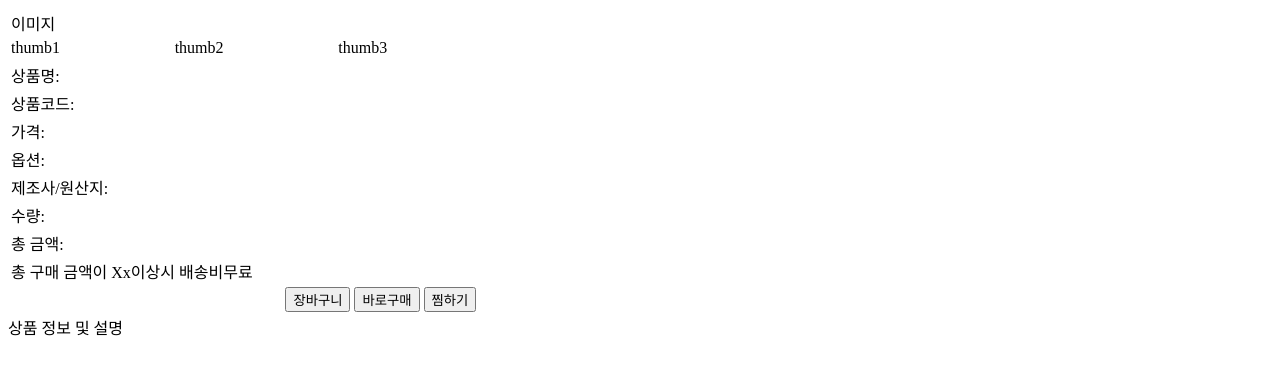
Repository: heeya90/ProjectShoppingMall
Page: http://localhost/ProjectShoppingMall/goods/goods_view.jsp
These files come from the project's save history. The page is drawn as it stood at one moment and after the next save; the edit follows.
The browser window is 1280 px wide. The pictures show the whole page.
The page is served by Tomcat 9.

Above is the page before, as saved 2012-07-30 08:14:20.

### ProjectShoppingMall/WebContent/goods/goods_view.jsp
<%@ page language="java" contentType="text/html; charset=EUC-KR"
    pageEncoding="EUC-KR"%>

	<div style="width:39%">
		<table style="align:center; width:100%">
			<tr>
				<td colspan="3">
					이미지
				</td>
			</tr>
			<tr>
				<td>thumb1</td>
				<td>thumb2</td>
				<td>thumb3</td>
		</table>
	</div>

	<div style="width:59%">
		<table style="align:center; width:100%">
			<tr>
				<td class="jw_td_left" width="40%">
					<label>상품명:</label></td>
				<td class="jw_td_center1">
					<label></label></td>
			</tr>
			<tr>
				<td class="jw_td_left">
					<label>상품코드:</label></td>
				<td class="jw_td_center1">
					<label></label></td>
			</tr>
			<tr>
				<td class="jw_td_left">
					<label>가격:</label></td>
				<td class="jw_td_center1">
					<label></label></td>
			</tr>
			<tr>
				<td class="jw_td_left">
					<label>옵션:</label></td>
				<td class="jw_td_center1">
					<label></label></td>
			</tr>
			<tr>
				<td class="jw_td_left">
					<label>제조사/원산지:</label></td>
				<td class="jw_td_center1">
					<label></label></td>
			</tr>
			<tr>
				<td class="jw_td_left">
					<label>수량:</label></td>
				<td class="jw_td_center1">
					<label></label></td>
			</tr>
			<tr>
				<td class="jw_td_left">
					<label>총 금액:</label></td>
				<td class="jw_td_center1">
					<label></label></td>
			</tr>
			<tr>
				<td colspan="2">
					<label class="jw_lbl_title">총 구매 금액이 Xx이상시 배송비무료</label></td>
			</tr>
			<tr>
				<td colspan=2 align="center">
					<input type="button" value="장바구니">
					<input type="button" value="바로구매">
					<input type="button" value="찜하기">
				</td>
			</tr>
		</table>
	</div>

	<div style=width:99%>
		<label>상품 정보 및 설명</label>
	</div>

After the next save:
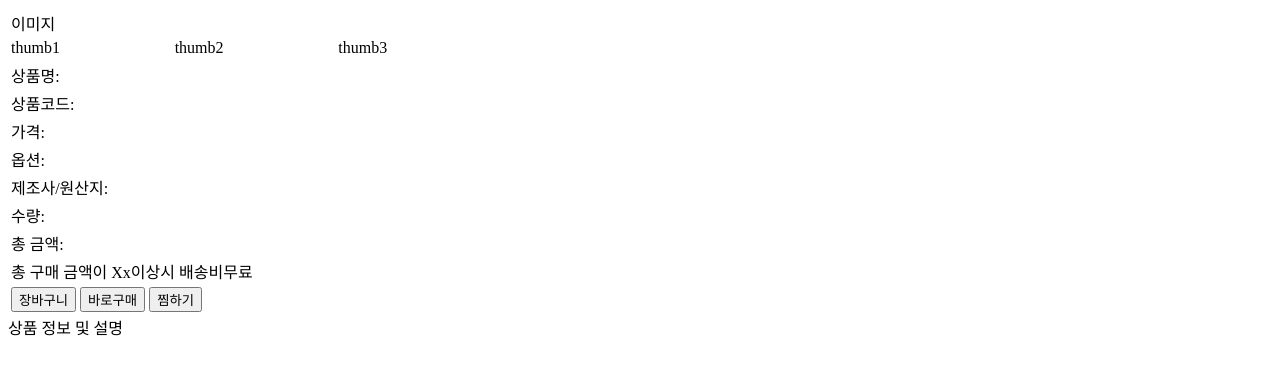
Saved 59 s later.
--- a/ProjectShoppingMall/WebContent/goods/goods_view.jsp
+++ b/ProjectShoppingMall/WebContent/goods/goods_view.jsp
@@ -60,11 +60,11 @@
 					<label></label></td>
 			</tr>
 			<tr>
-				<td colspan="2">
+				<td class="jw_td_center1" colspan="2">
 					<label class="jw_lbl_title">총 구매 금액이 Xx이상시 배송비무료</label></td>
 			</tr>
 			<tr>
-				<td colspan=2 align="center">
+				<td class="jw_td_center1" colspan="2" >
 					<input type="button" value="장바구니">
 					<input type="button" value="바로구매">
 					<input type="button" value="찜하기">
